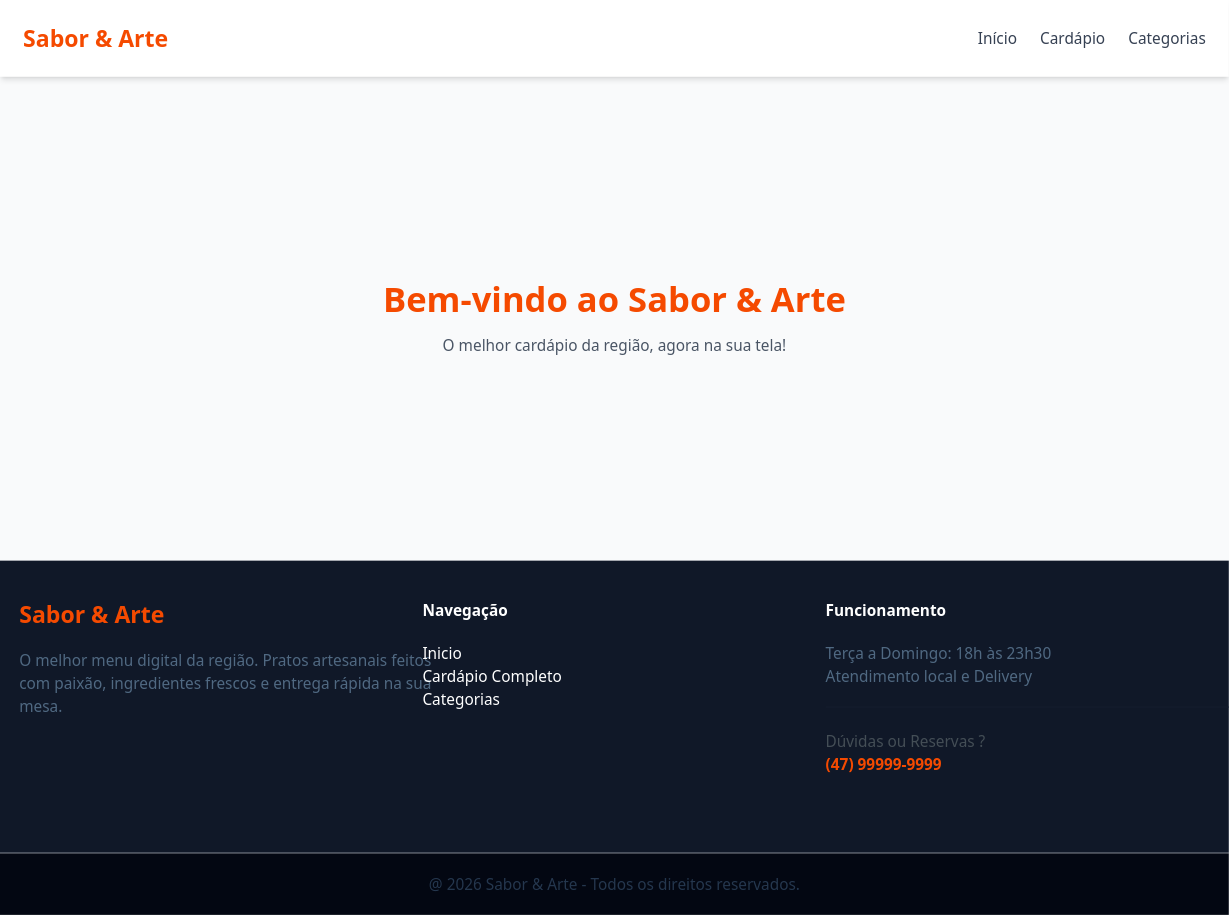
Repository: DiegoWWeege/pair-programming-next-js
Page: / (app in next-js-project/)
These files come from the project's save history. The page is drawn as it stood at one moment and after a run of saves; the edit follows.
The browser window is 1280 px wide. The pictures show the whole page, at 96% of full size.
The project was rebuilt for these pictures with package versions that can differ from the ones it lists, and the page was loaded fresh each time. The framework's server and built-in components were replaced by stand-ins that run in the browser. Also part of the build but not shown: next-js-project/next.config.ts.

Above is the page before, as saved 2026-09-18 19:01:26.

### next-js-project/src/app/layout.tsx
import type { Metadata } from "next";
import "./globals.css";
import {Inter, Montserrat} from "next/font/google"
import NavBar from "@/components/NavBar";
import Footer from "@/components/Footer";

const inter = Inter({subsets: ["latin"], variable : "--font-inter"});

const montserrat = Montserrat({ subsets: ["latin"], variable: "--font-montserrat"})

export const metadata: Metadata = {
  title: "Menu Digital - Restaurante",
  description: "Desenvolvido por Diego e Cherpinski",
};

export default function RootLayout({ children }: LayoutProps<"/">) {
  return (
    <html
      lang="pt-br"
    >
      <body className="bg-gray-50 antialiased">
        <NavBar></NavBar>
        {children}
        <Footer/>

      </body>
    </html>
  );
}

### next-js-project/src/app/page.tsx
import Image from "next/image";
import Footer from "../components/Footer";
import NavBar from "@/components/NavBar";

export default function Home() {
  return (
    <div>
      <main className="flex flex-col items-center justify-center min-h-[70vh]">
        <h1 className="text-4xl font-bold text-orange-600 ">Bem-vindo ao Sabor & Arte</h1>
        <p className="mt-4 text-gray-600">O melhor cardápio da região, agora na sua tela!</p>
      </main>
    </div>
  );
}

### next-js-project/src/components/NavBar.tsx
import Link from "next/link";


export default function NavBar(){

    return (
        <nav className="flex items-center justify-between p-6 bg-white shadow-md">
            <h2 className="text-2xl font-bold text-orange-600">Sabor & Arte</h2>

            <div className="flex gap-6">
                <Link href= "/" className="text-gray-700 hover:text-orange-600 font-medium">Início</Link>

                <Link href= "/cardapio" className="text-gray-700 hover:text-orange-600 font-medium">Cardápio</Link>

                <Link href= "/categorias" className="text-gray-700 hover:text-orange-600 font-medium">Categorias</Link>
            </div>

        </nav>
    );
}

### next-js-project/src/components/Footer.tsx
import Link from "next/link"

export default function Footer(){

    return(

        <footer>
           <div className="grid grid-cols-3 bg pl-5 bg-[#101828] pt-10 pb-20">
                <div>
                    <h2 className="font-bold text-orange-600 text-2xl mb-5 ">
                        Sabor & Arte
                    </h2>

                    <p className="w-110 mb-5 w-60 text-[#506982]">
                        O melhor menu digital da região. Pratos artesanais feitos com
                        paixão, ingredientes frescos e entrega rápida na sua mesa.
                    </p>
                </div>

                <div>
                    <h3 className = "text-white font-bold mb-5">
                        Navegação
                    </h3>

                    <Link className = "block text-white" href="/">Inicio</Link>
                    <Link className = "block text-white" href="/cardapio">Cardápio Completo</Link>
                    <Link className = "block text-white" href="/categorias">Categorias</Link>
                </div>

                <div>
                    <h3 className="text-white font-bold mb-5">
                        Funcionamento
                    </h3>

                    <p className="mb-5 w-60 text-[#506982]">
                        Terça a Domingo: 18h às 23h30
                        Atendimento local e Delivery
                    </p>

                    <hr className="border-[#151E2E] h-1"/>

                    <p className="mt-5 text-[#444E56]">
                        Dúvidas ou Reservas ?
                    </p>

                    <strong className="text-orange-600">
                        (47) 99999-9999
                    </strong>
                </div>

           </div>

            <hr className="border-[#151E2E] "/>

           <div className = "flex items-center justify-center p-5 bg-[#030712]">
                    <p className="text-[#25374E]">
                        @ 2026 Sabor & Arte - Todos os direitos reservados.
                    </p>
            </div>
        </footer>
    )

}

Loaded but not shown: next-js-project/src/app/globals.css (common file)

After the next 2 saves:
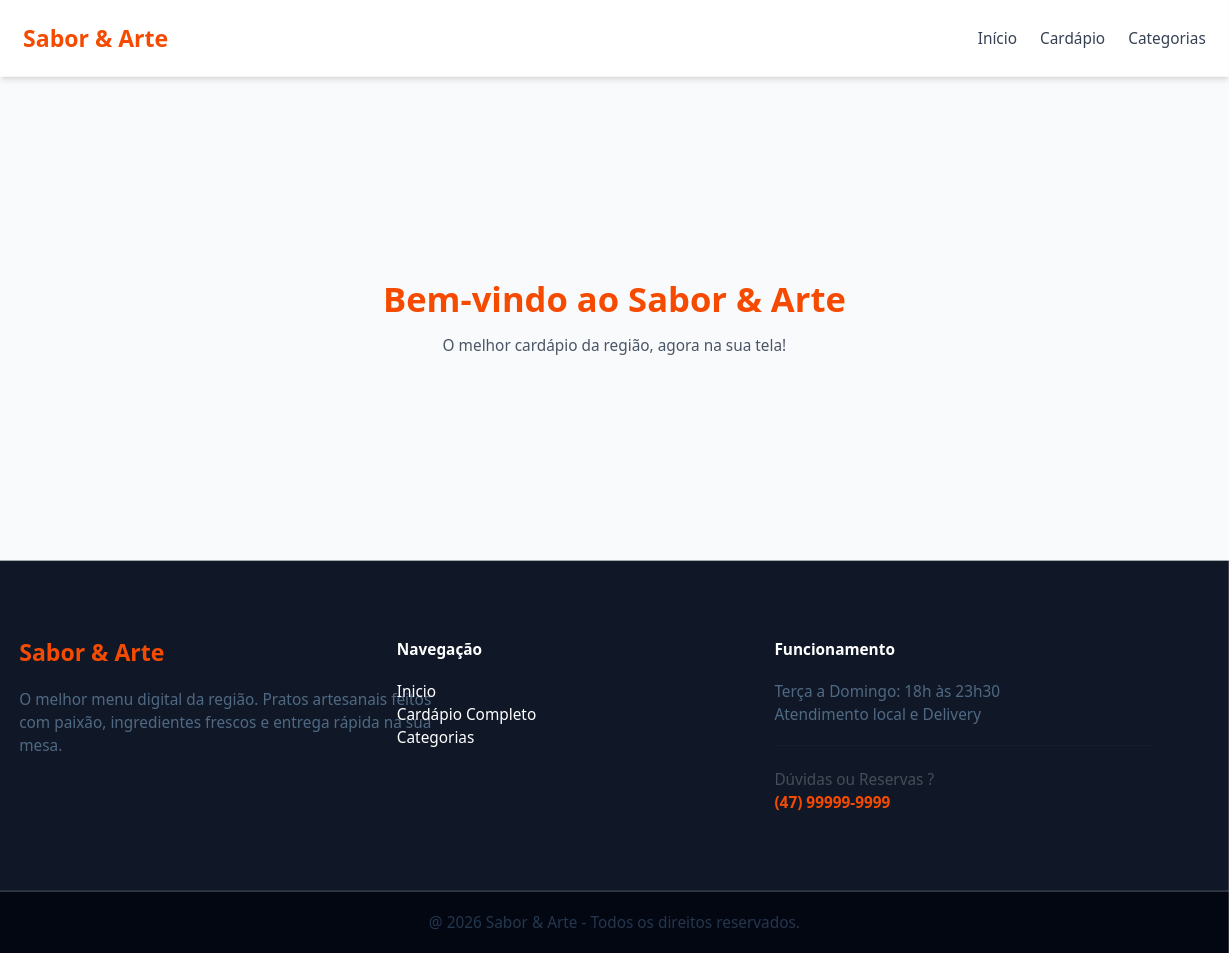
The 2 saves are shown as one change because they came seconds apart.
The last was saved 14 s later.
--- a/next-js-project/src/components/Footer.tsx
+++ b/next-js-project/src/components/Footer.tsx
@@ -5,7 +5,7 @@ export default function Footer(){
     return(
 
         <footer>
-           <div className="grid grid-cols-3 bg pl-5 bg-[#101828] pt-10 pb-20">
+           <div className="grid grid-cols-3 bg pl-5 bg-[#101828] p-20">
                 <div>
                     <h2 className="font-bold text-orange-600 text-2xl mb-5 ">
                         Sabor & Arte
